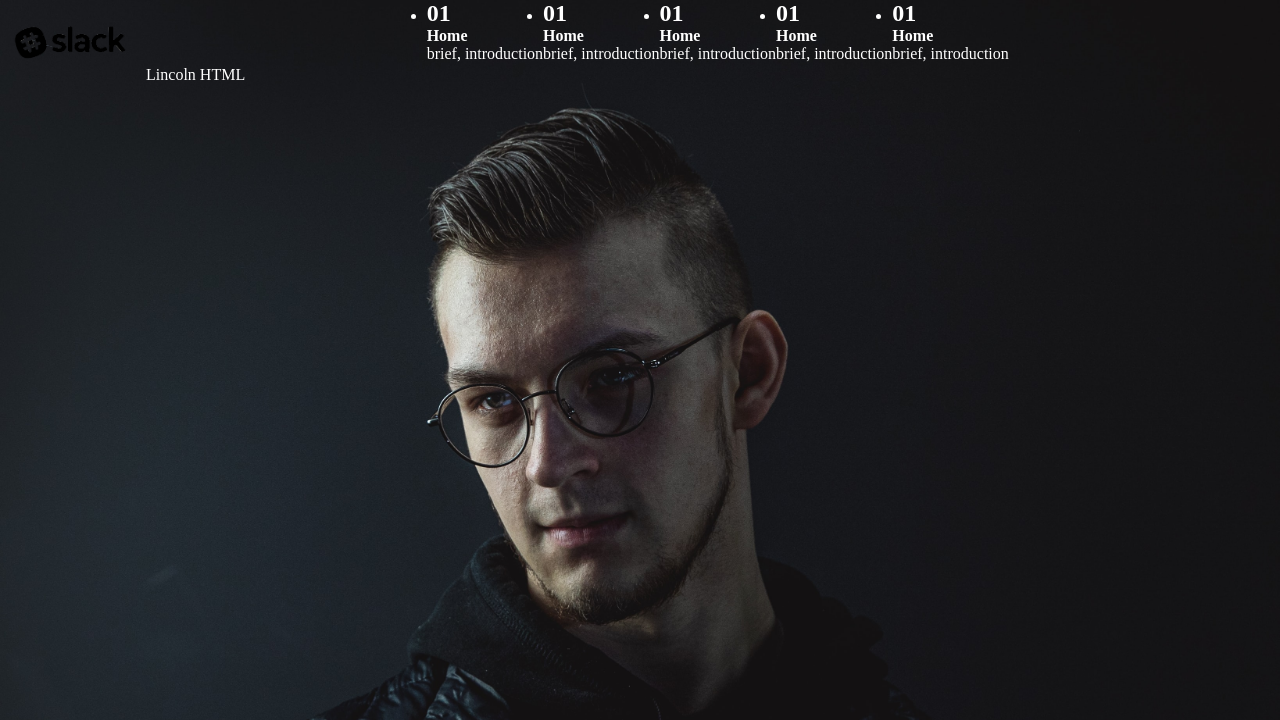
Repository: linco6054/simple-html
Page: index.html
An editor plug-in stored every save of this project. The page is shown before and after a run of saves, followed by the edit.
The browser window is 1280 px wide. The pictures show the whole page.

Above is the page before, as saved 2021-08-16 15:43:01.

After the next 3 saves:
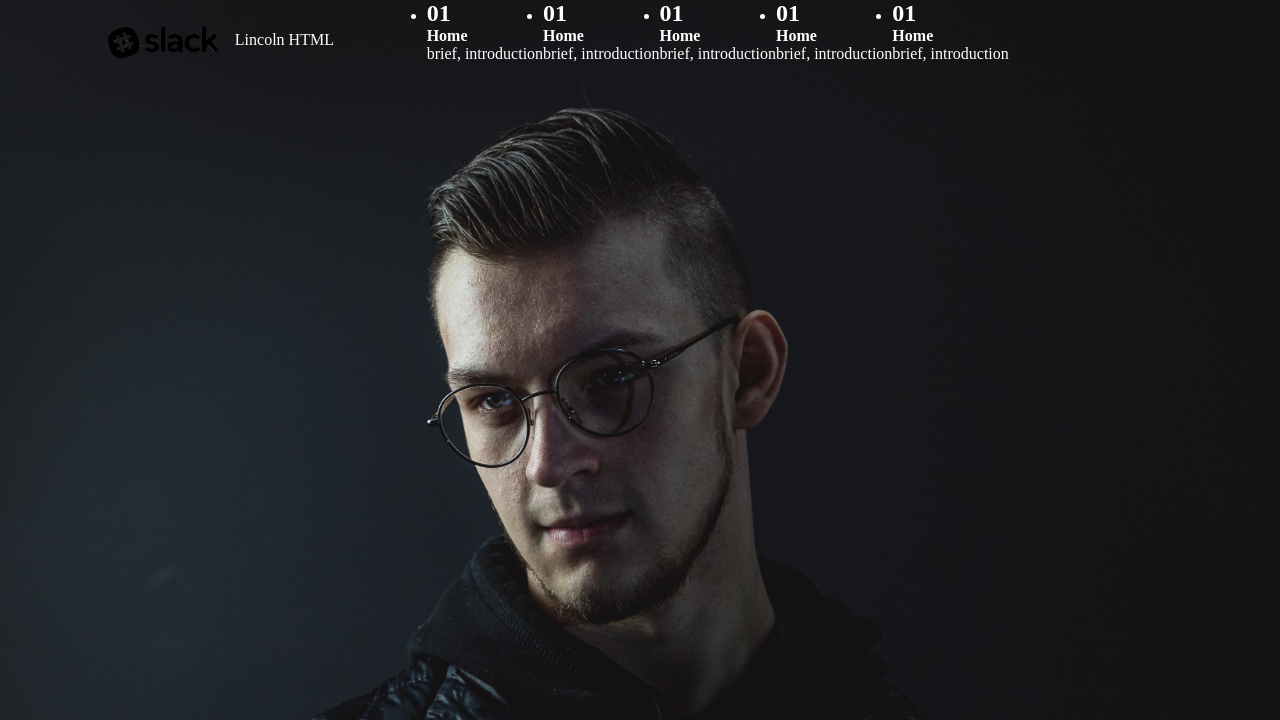
The 3 saves are shown as one change because they came seconds apart.
The last was saved 7 s later.
--- a/style.css
+++ b/style.css
@@ -25,7 +25,8 @@
 }
 nav > div {
   flex: 2;
-  justify-content:c
+  justify-content: center;
+  align-items: center;
   display: flex;
 }
 nav > div > img {
